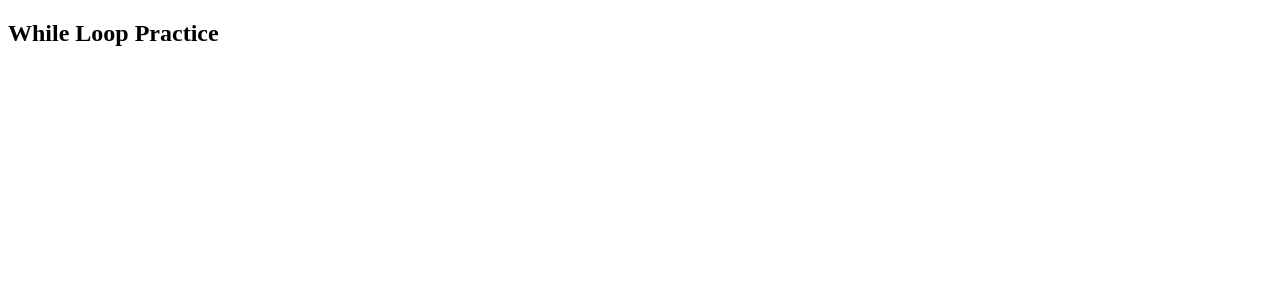
Repository: GorkemTurhan89/jsTutorial
Page: 31-looppractice.html
These files come from the project's save history. The page is drawn as it stood at one moment and after a run of saves; the edit follows.
The browser window is 1280 px wide. The pictures show the whole page.

Above is the page before, as saved 2024-06-15 19:47:05.

### 31-looppractice.html
<!DOCTYPE html>
<html lang="en">
<head>
    <meta charset="UTF-8">
    <meta name="viewport" content="width=device-width, initial-scale=1.0">
    <title>Loop Practice</title>
</head>
<body>
    <h2>While Loop Practice</h2>

</body>
</html>

After the next 3 saves:
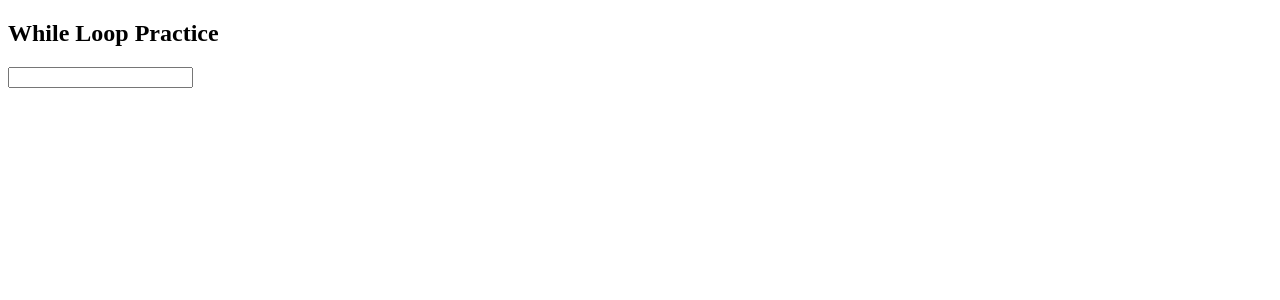
The 3 saves are shown as one change because they came seconds apart.
The last was saved 9 s later.
--- a/31-looppractice.html
+++ b/31-looppractice.html
@@ -8,5 +8,6 @@
 <body>
     <h2>While Loop Practice</h2>
 
+    <input type="number" name="sayi" id="">
 </body>
 </html>
